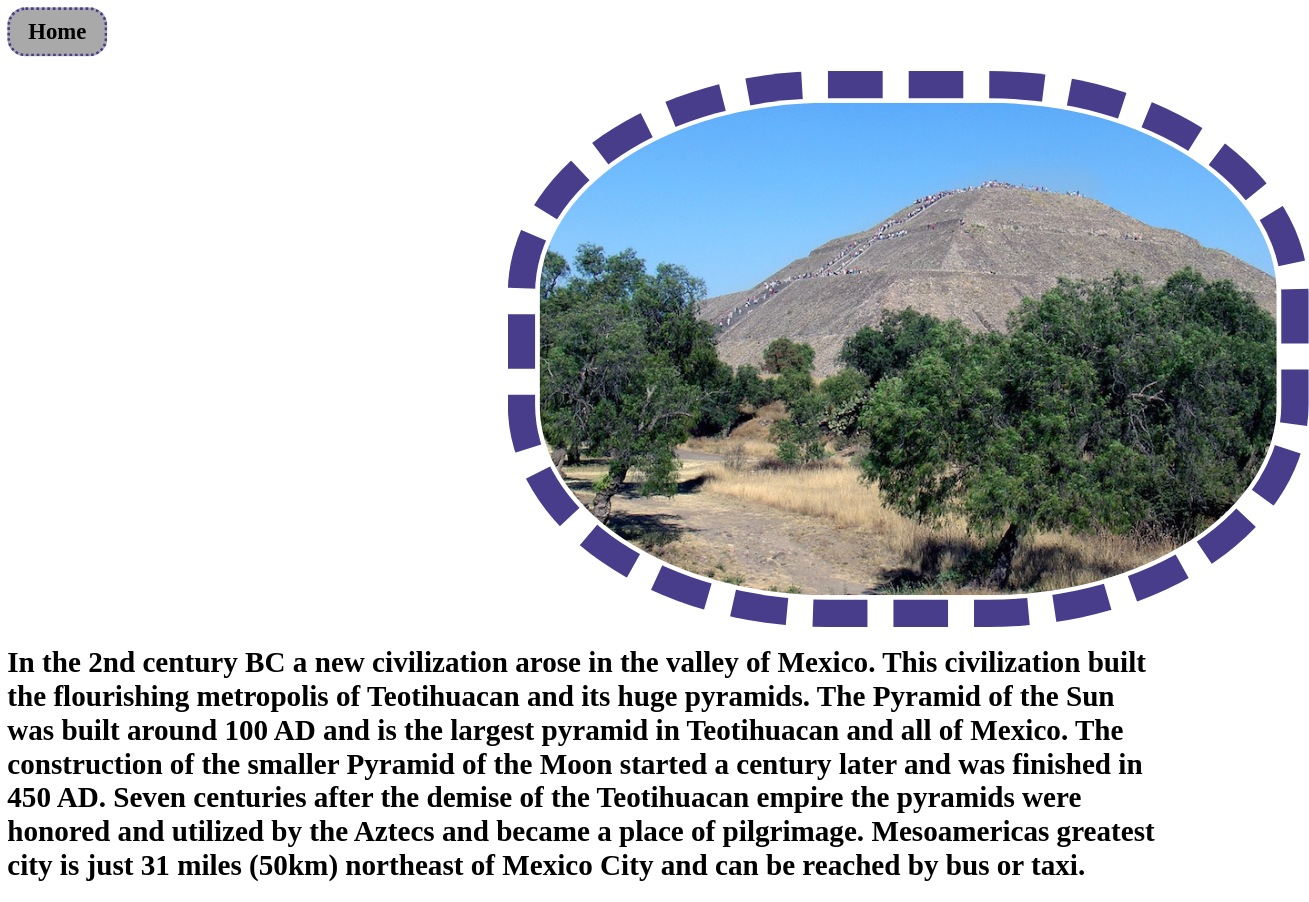
Repository: DamianKryzia/DamianKryzia.github.io
Page: Damian's Website/teotihuacan.html
The author's editor kept a record of every edit. The page is drawn from the files as they stood at one moment, then again after the next edit.
The browser window is 1280 px wide. The page is 1438 px wide, so the pictures cover 1438 px, including what lies to the right of the window. The pictures show the whole page, at 91% of full size.

Above is the page before.

After the next edit:
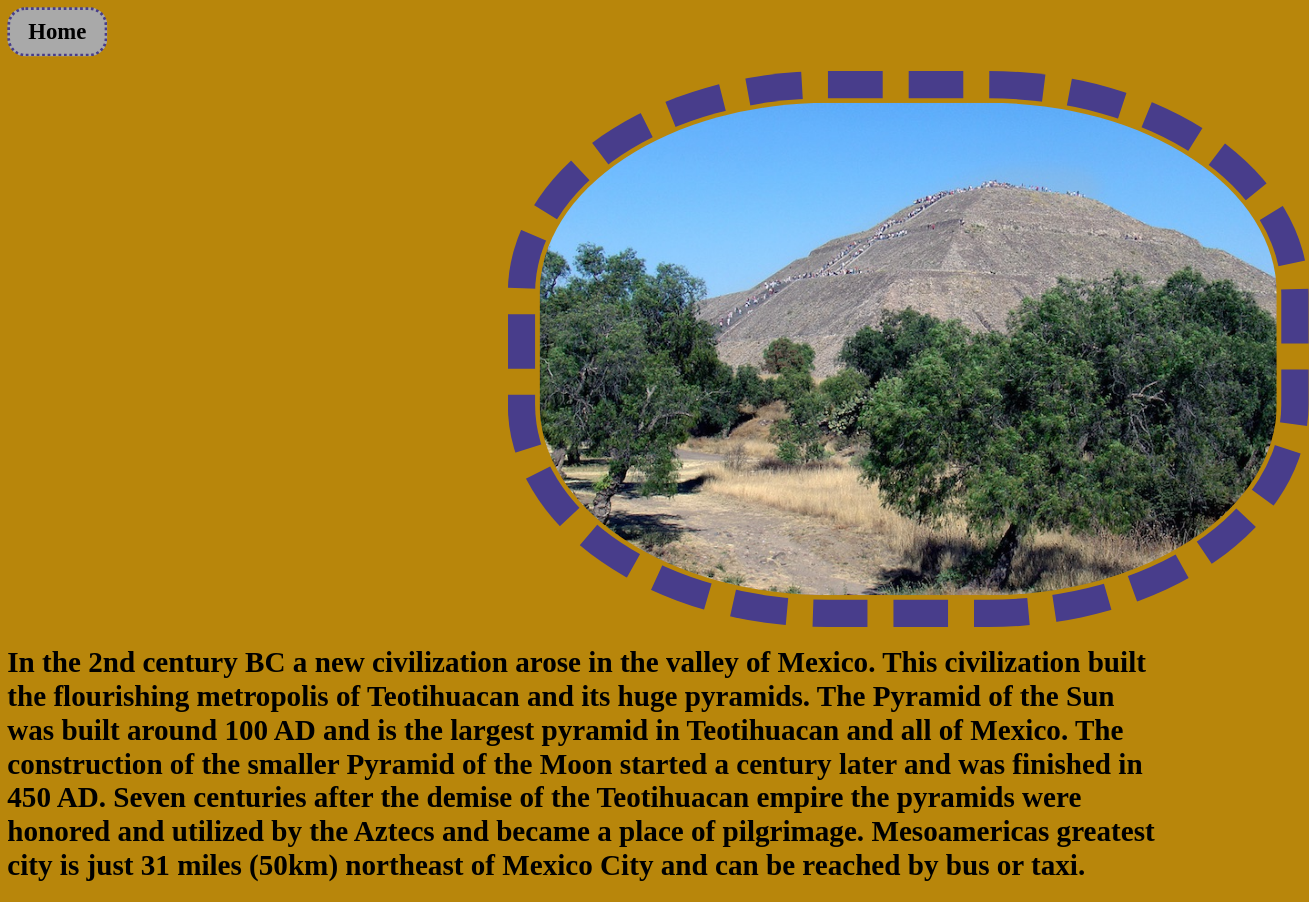
The edit:
--- a/Damian's Website/teotihuacan.html
+++ b/Damian's Website/teotihuacan.html
@@ -9,6 +9,9 @@
         <h1>In the 2nd century BC a new civilization arose in the valley of Mexico. This civilization built the flourishing metropolis of Teotihuacan and its huge pyramids. The Pyramid of the Sun was built around 100 AD and is the largest pyramid in Teotihuacan and all of Mexico. The construction of the smaller Pyramid of the Moon started a century later and was finished in 450 AD. Seven centuries after the demise of the Teotihuacan empire the pyramids were honored and utilized by the Aztecs and became a place of pilgrimage. Mesoamericas greatest city is just 31 miles (50km) northeast of Mexico City and can be reached by bus or taxi.</h1>
     </body>
     <style>
+        html{
+            background-color:#B8860B;
+        }
         .home{
             margin-left:0px;
             padding:10px 20px 10px 20px;
